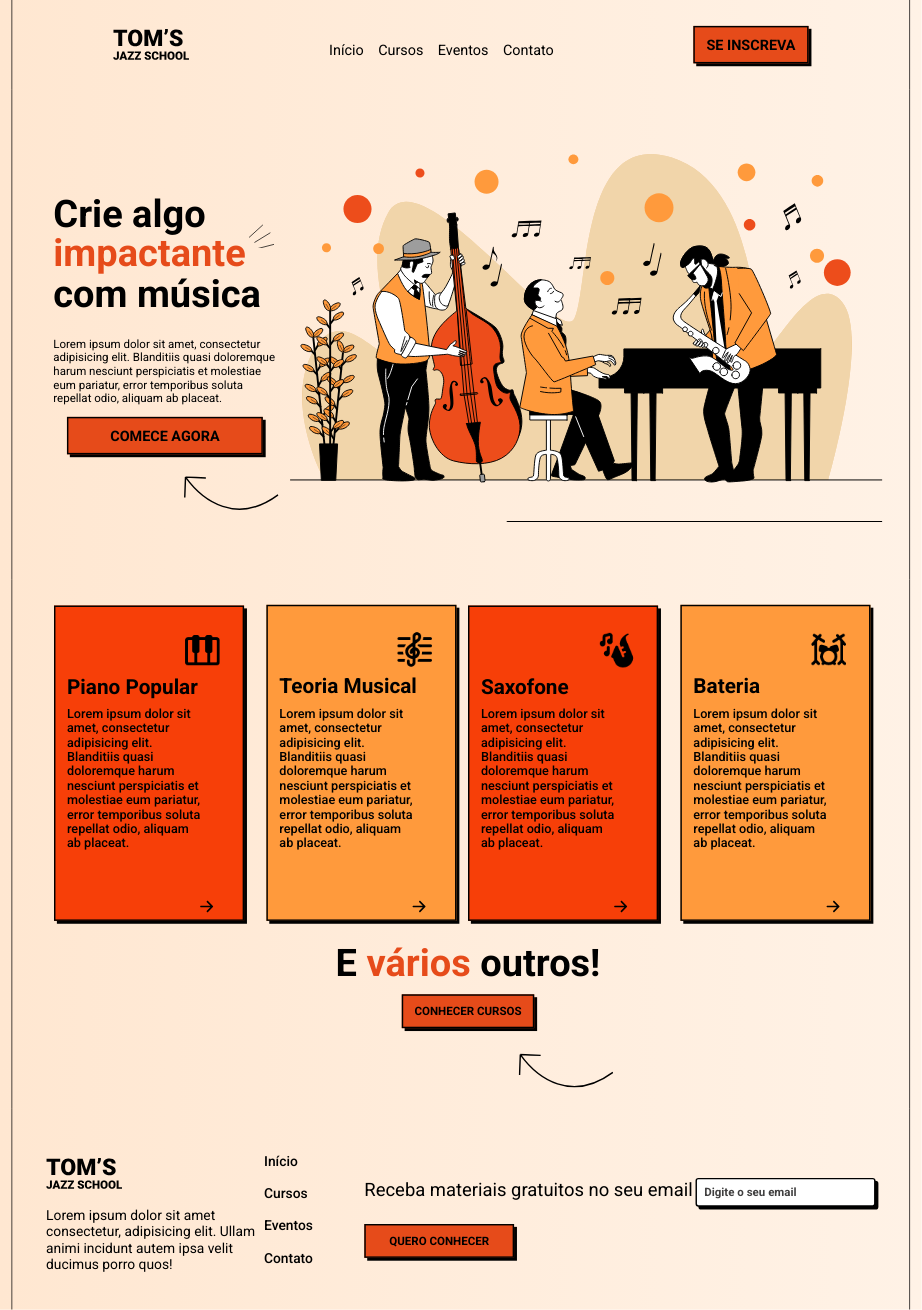
Repository: guilhermecardoso93/obebitecode
Page: index.html
The author's editor kept a copy of each file at every save. The page is drawn from the files as they stood at one save, then again after the next save.
The browser window is 1280 px wide. The pictures show the whole page, at 72% of full size.

Above is the page before, as saved 2023-08-16 21:20:18.

After the next save:
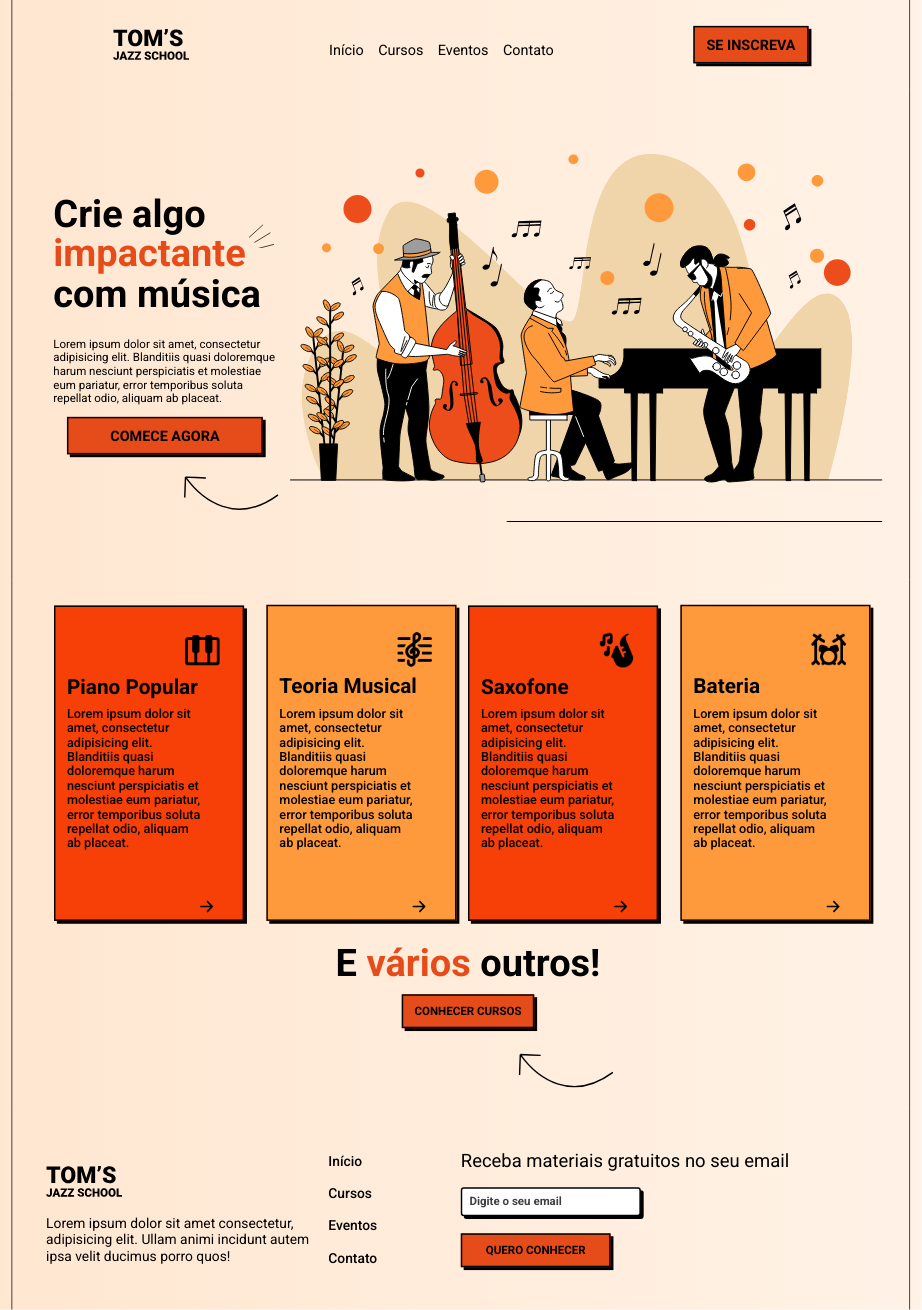
Saved 16 s later.
--- a/css/responsivo.css
+++ b/css/responsivo.css
@@ -55,4 +55,8 @@
   footer nav {
     flex: 1
   }
+
+  footer form {
+    flex: 3;
+  }
 }
